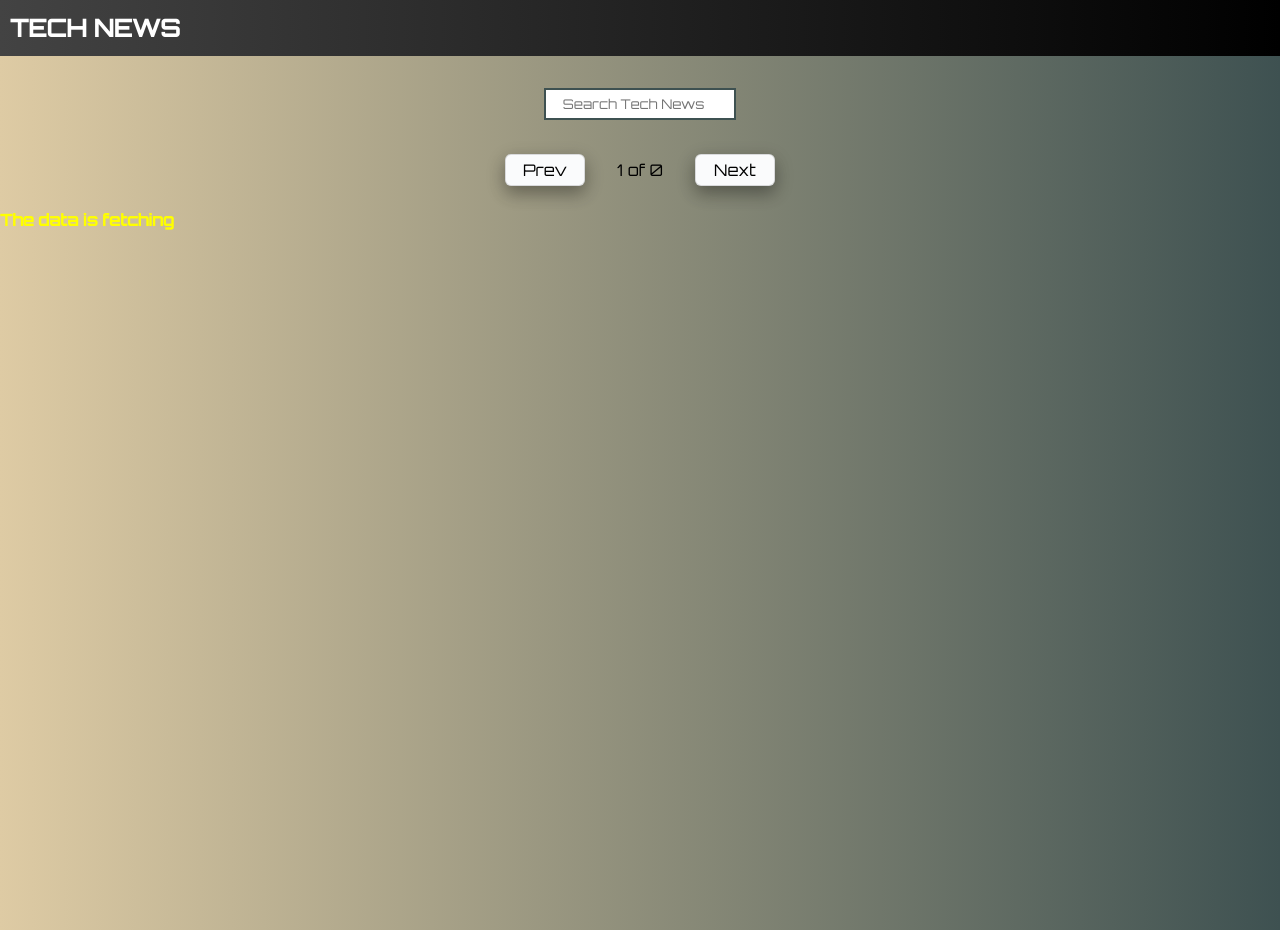
Repository: suraj-yadav7/TechNews
Page: /
These files come from the project's save history. The page is drawn as it stood at one moment and after the next save; the edit follows.
The browser window is 1280 px wide. The pictures show the whole page.
The page's requests for data from a server got no answer. Some web fonts or font styles are not loaded; a fallback is used. The project was rebuilt for these pictures with package versions that can differ from the ones it lists, and the page was loaded fresh each time. No one was signed in, and anything a server would have sent is missing.

Above is the page before, as saved 2023-04-28 11:05:05.

After the next save:
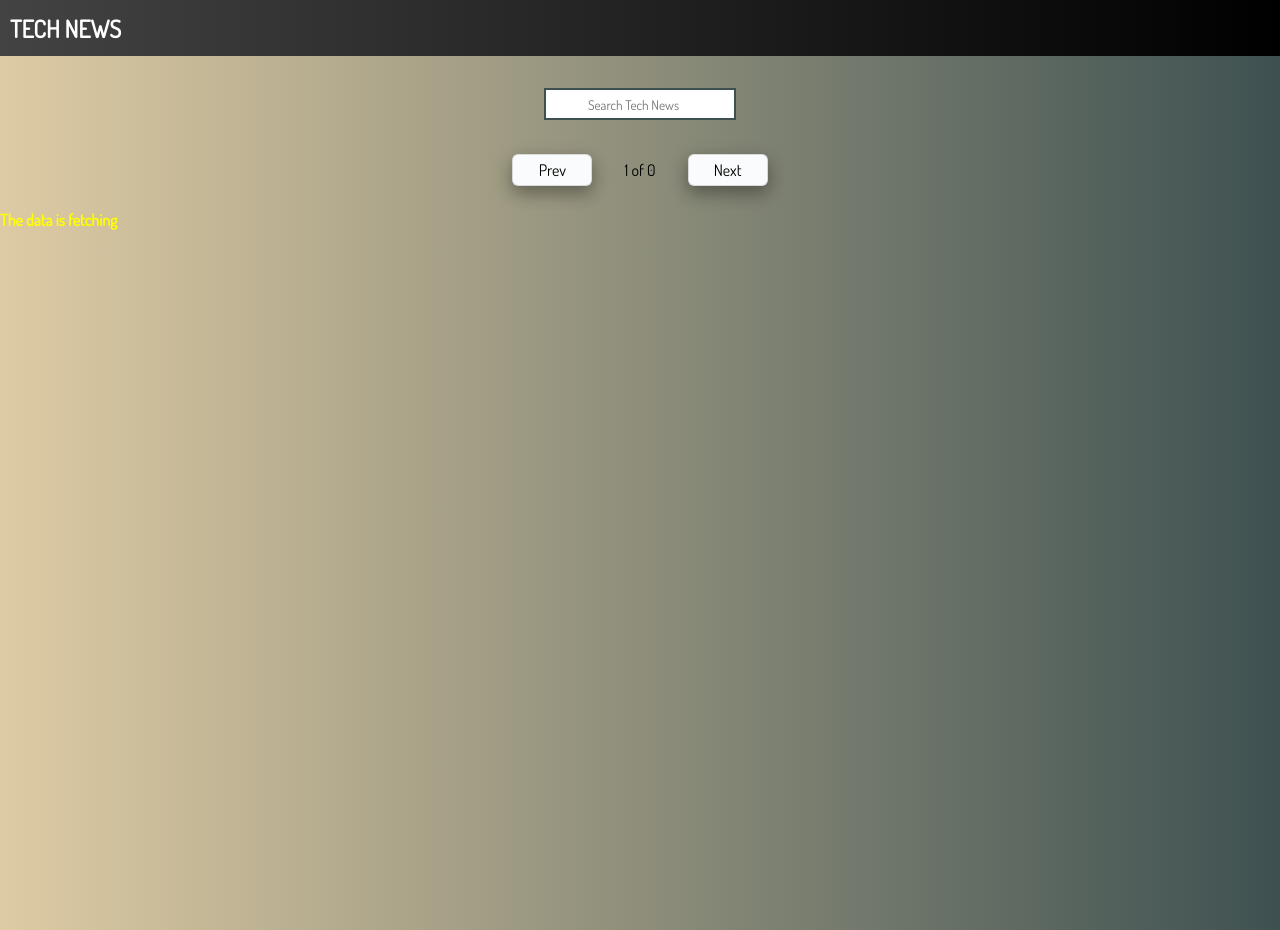
Saved 2 min 13 s later.
--- a/src/App.css
+++ b/src/App.css
@@ -1,10 +1,11 @@
-@import url('https://fonts.googleapis.com/css2?family=Orbitron:wght@400;500&family=Roboto:wght@400;500&family=Stardos+Stencil&display=swap');
+
+@import url('https://fonts.googleapis.com/css2?family=Dosis&family=Instrument+Serif&family=Roboto:wght@400;500&display=swap');
 
 *{
   margin: 0;
   padding: 0;
   box-sizing: border-box;
-  font-family:"Orbitron","Stencil", "Roboto", sans-serif;
+  font-family:"Dosis", "Roboto", sans-serif;
 }
 
 /* Navbar */
